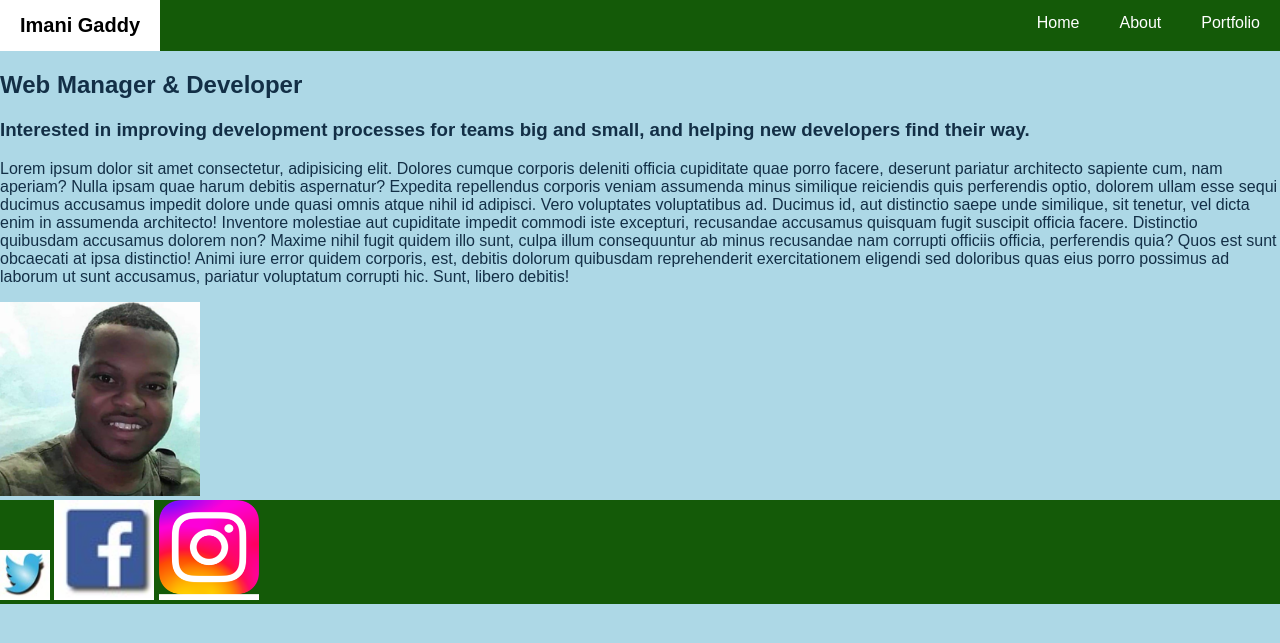
Repository: website-dev-team/website-repo
Page: personal_site/home.html
The author's editor kept a copy of each file at every save. The page is drawn from the files as they stood at one save, then again after the next save.
The browser window is 1280 px wide. The pictures show the whole page.

Above is the page before, as saved 2024-07-16 04:58:14.

After the next save:
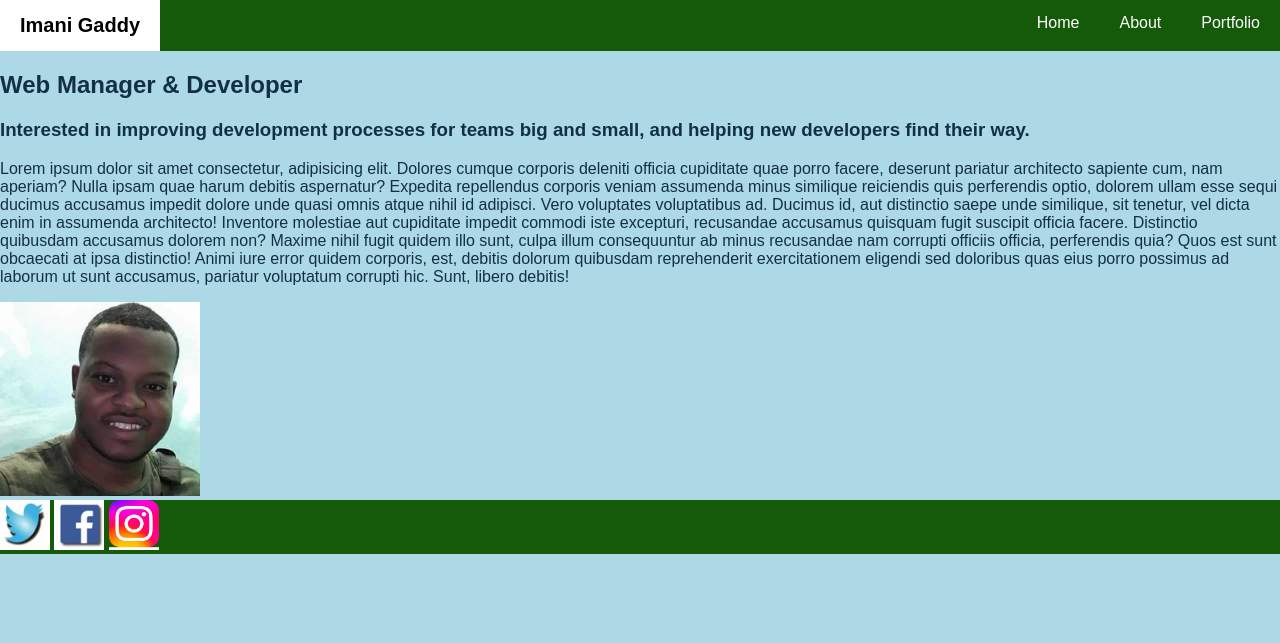
Saved 33 s later.
--- a/personal_site/home.html
+++ b/personal_site/home.html
@@ -31,8 +31,8 @@
 <footer>
     <nav class="navbar">
         <img src="twitter.jpg" alt="insta" class="float-left" width="50" height="50">
-        <img src="facebook.jpg" alt="insta" class="float-left" width="100" height="100">
-        <img src="instagram.png" alt="insta" class="float-left" width="100" height="100">
+        <img src="facebook.jpg" alt="insta" class="float-left" width="50" height="50">
+        <img src="instagram.png" alt="insta" class="float-left" width="50" height="50">
 
     </nav>
 </footer>
